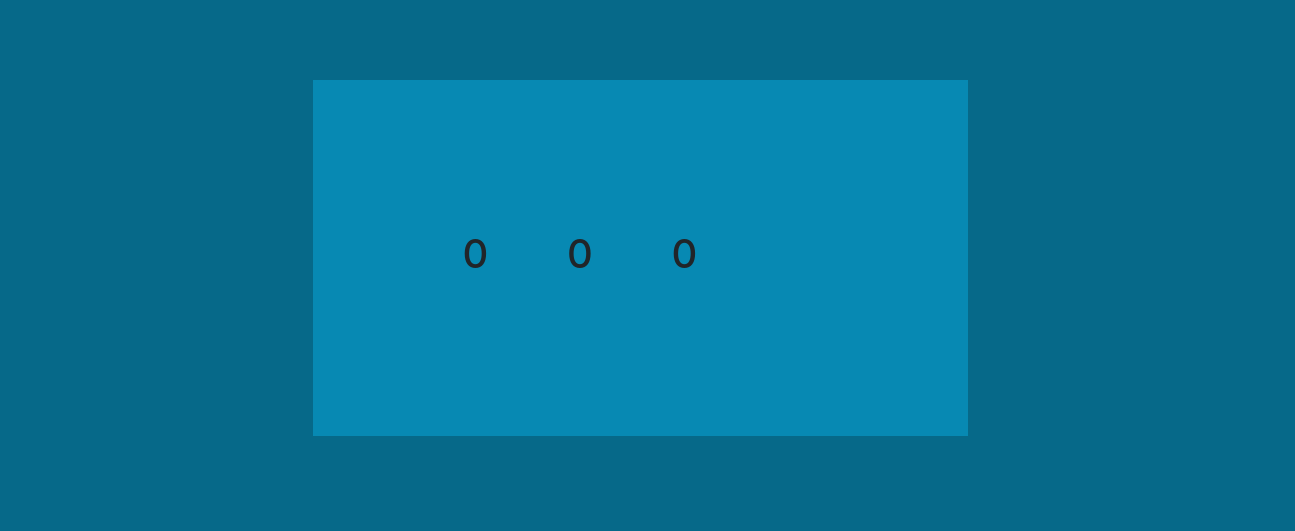
Repository: moiz9265/stopwatch
Page: index.html
An editor plug-in stored every save of this project. The page is shown before and after a run of saves, followed by the edit.
The browser window is 1280 px wide. The page is 1295 px wide, so the pictures cover 1295 px, including what lies to the right of the window. The pictures show the whole page.

Above is the page before, as saved 2020-07-09 22:51:41.

### index.html
<!DOCTYPE html>
<html lang="en">
  <head>
    <meta charset="utf-8">
    <title>Stop Watch</title>

    <link rel="stylesheet" href="css/bootstrap.min.css">
    <link rel="stylesheet" href="css/style.css" type="text/css">
    <script src="js/app.js">

    </script>
  </head>
  <body>
      <!-- <h1  style="text-align: center;">Stop Watch</h1> -->
        <div class="row" style="margin-top: 80px;">
            <div class="col-md-3">

            </div>
            <div id="maindiv" class="col-sm-12 col-md-6">
                <h1>0</h1>
                <h1>0</h1>
                <h1>0</h1>
            </div>
            <div class="col-md-3">

            </div>

        </div>
  </body>
  <script src="js/jquery-3.2.1.slim.min.js"></script>
  <script src="js/popper.min.js"></script>
  <script src="js/bootstrap.min.js"> </script>
</html>

### css/style.css
body{
    background-color: #066989;
}

#maindiv
{

    width: 40%;
    background-color: #0789B3;
    padding: 150px;
}

h1
{
    display: inline-block;
    width: 100px;
}

Loaded but not shown: css/bootstrap.min.css (library); js/jquery-3.2.1.slim.min.js (library); js/popper.min.js (library); js/bootstrap.min.js (library); js/app.js (no stored copy; drawn as an empty file)

After the next 2 saves:
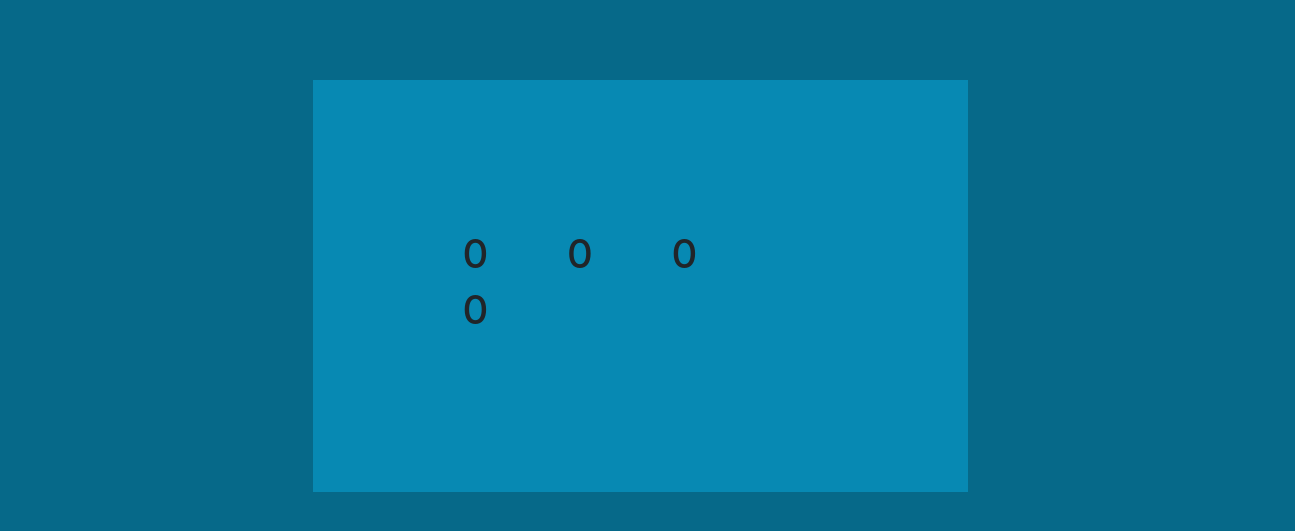
The 2 saves are shown as one change because they came seconds apart.
The last was saved 19 s later.
--- a/index.html
+++ b/index.html
@@ -20,6 +20,7 @@
                 <h1>0</h1>
                 <h1>0</h1>
                 <h1>0</h1>
+                <h1>0</h1>
             </div>
             <div class="col-md-3">
 
